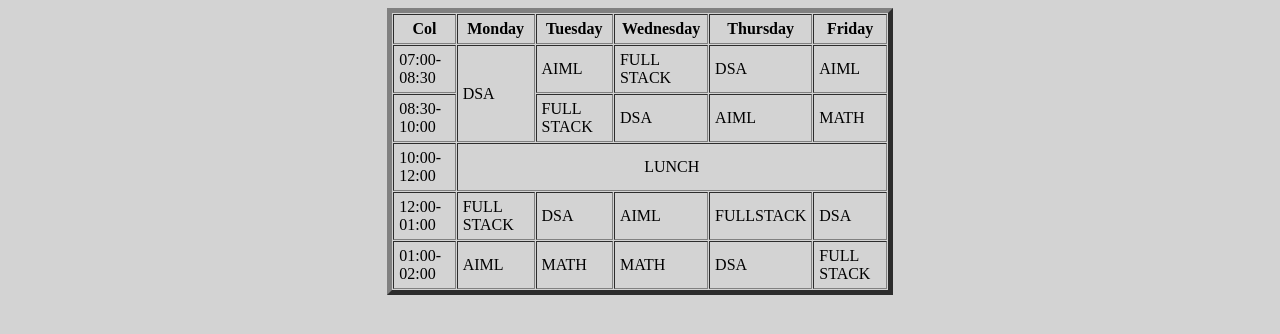
Repository: AdityaTech-Pro/FullStackWithBridgelabz
Page: Assignment2/table/index.html
The author's editor kept a copy of each file at every save. The page is drawn from the files as they stood at one save, then again after the next save.
The browser window is 1280 px wide. The pictures show the whole page.

Above is the page before, as saved 2025-10-15 08:35:12.

After the next save:
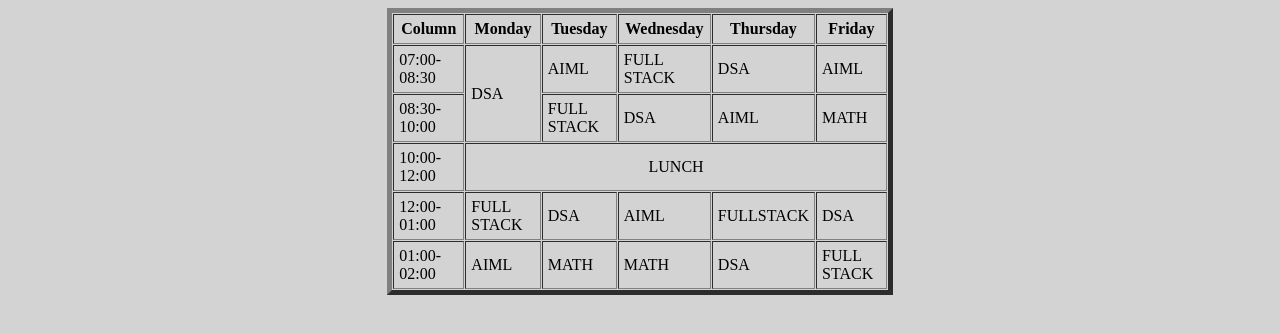
Saved 8 s later.
--- a/Assignment2/table/index.html
+++ b/Assignment2/table/index.html
@@ -30,7 +30,7 @@
 
     <table border="5" cellspacing="1" cellpadding="5" class="center">
         <tr>
-            <th>Col</th>
+            <th>Column</th>
             <th>Monday</th>
             <th>Tuesday</th>
             <th>Wednesday</th>
